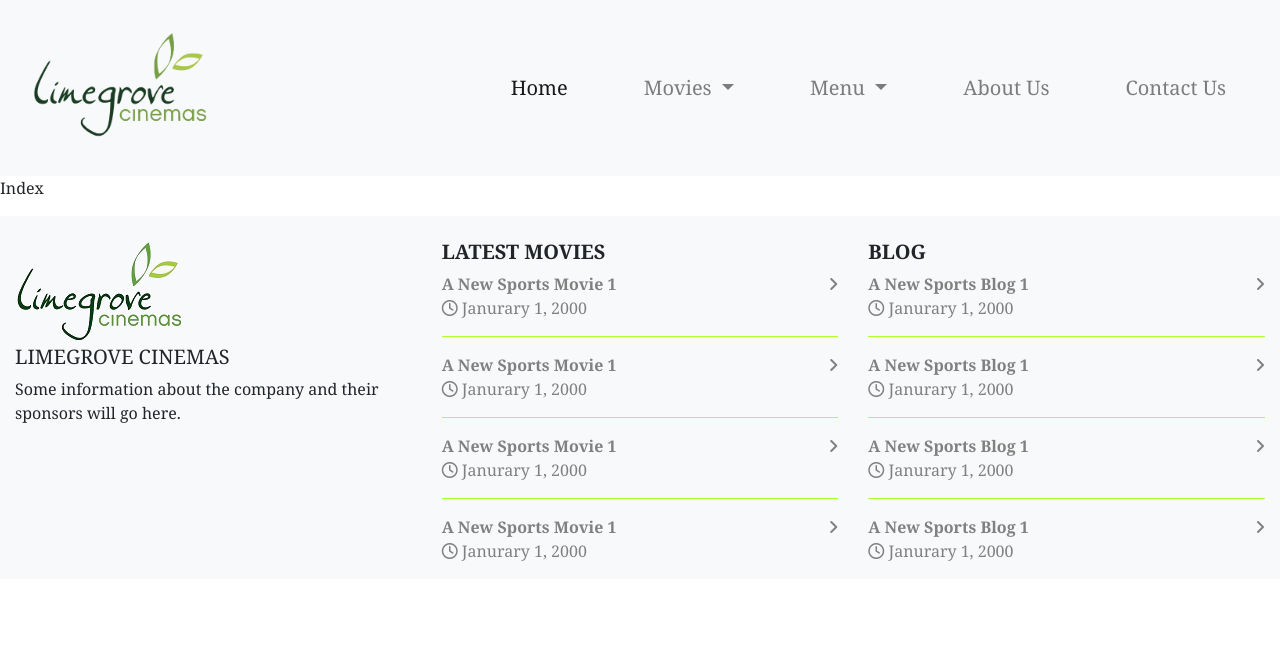
Repository: SimplyZacc/movie-web-template
Page: http://localhost/
The author's editor kept a copy of each file at every save. The page is drawn from the files as they stood at one save, then again after the next save.
The browser window is 1280 px wide. The pictures show the whole page.
Some web libraries are served in a nearby version. The page is run by PHP 8.4 with error messages shown; the project is at /var/www/html/.

Above is the page before, as saved 2020-04-07 15:39:13.

After the next save:
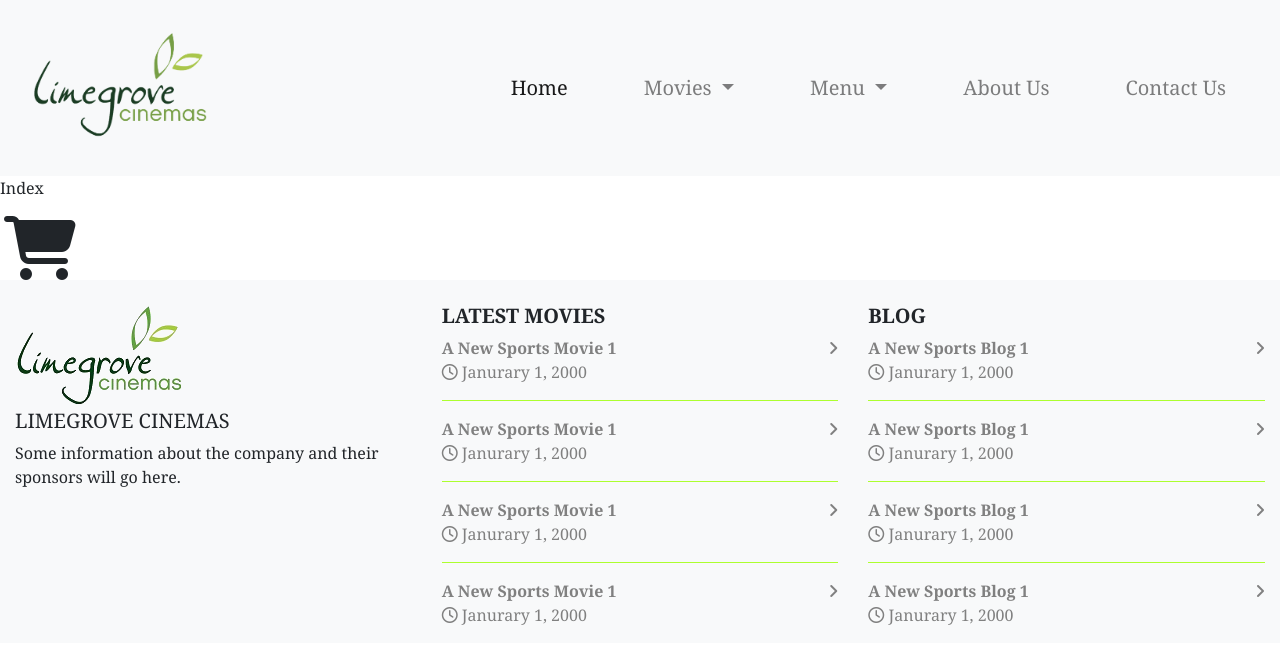
Saved 32 days later.
--- a/index.php
+++ b/index.php
@@ -6,5 +6,9 @@ include "templates/header.php";
 ?>
 
 <p class="">Index</p>
+<span class="fa-stack fa-2x has-badge" data-count="5">
+  <i class="fa fa-circle fa-stack-2x fa-inverse"></i>
+  <i style="" class="fa fa-shopping-cart fa-stack-2x red-cart"></i>
+</span>
 
 <?php include "templates/footer.php";?>
